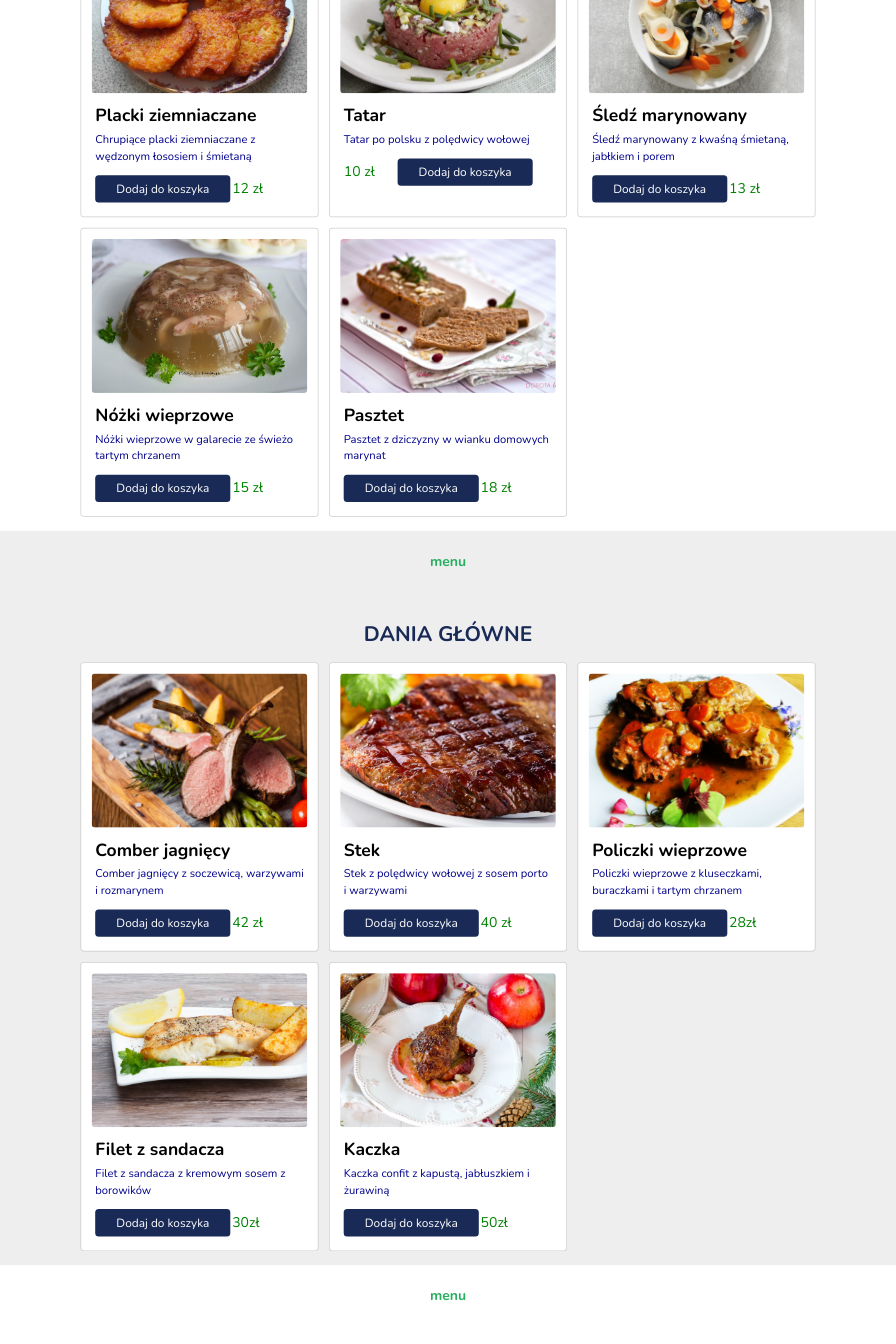
Repository: bartlomiejcichewicz/pasibrzuch
Page: index.html
These files come from the project's save history. The page is drawn as it stood at one moment and after the next save; the edit follows.
The browser window is 1280 px wide. The pictures show the part of the page from y = 906 to 2826 px (the page is 4166 px tall), at 70% of full size.

Above is the page before, as saved 2022-02-22 13:37:16.

After the next save:
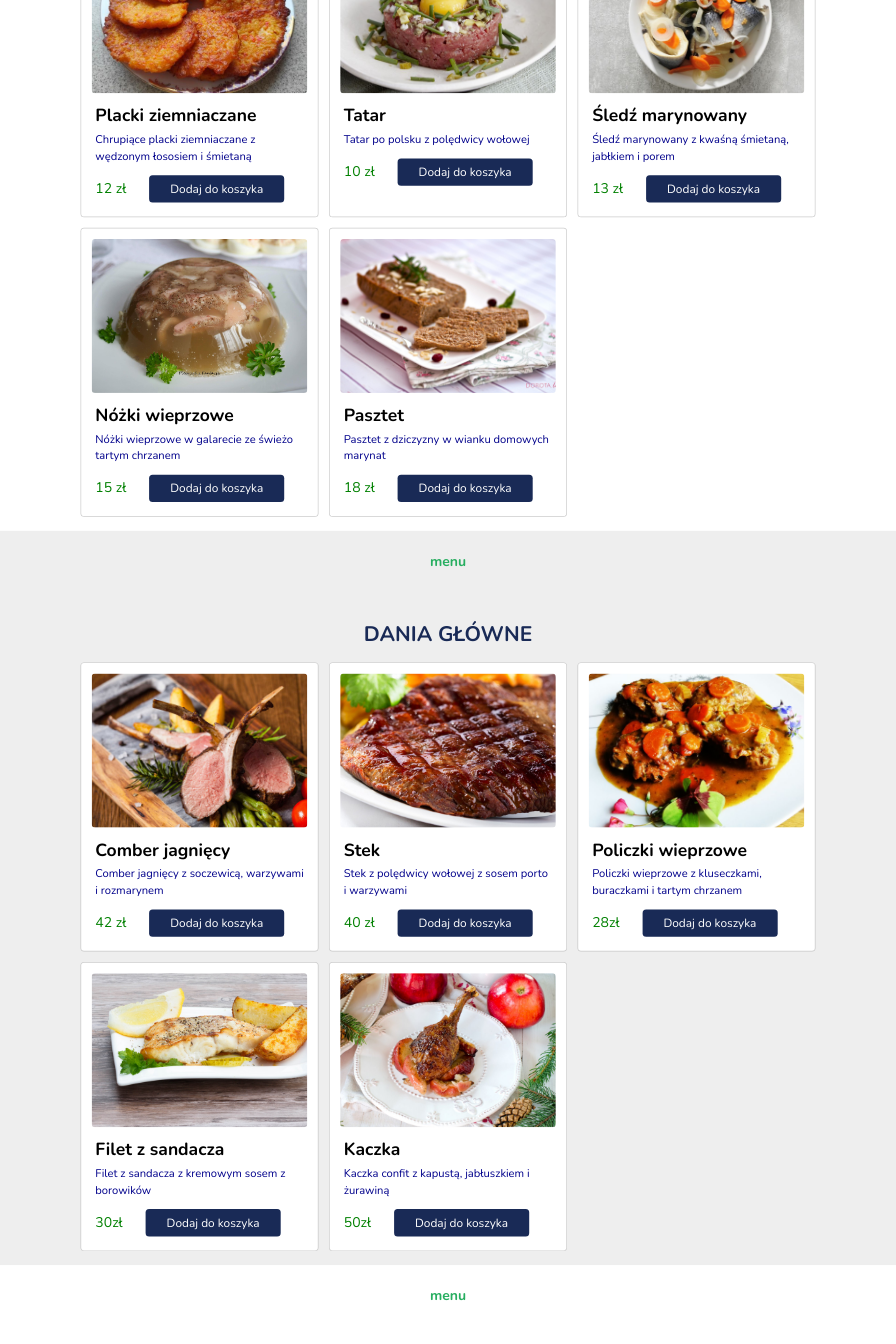
Saved 92 s later.
--- a/index.html
+++ b/index.html
@@ -81,8 +81,8 @@
             <div class="content">
                 <h3>Placki ziemniaczane</h3>
                 <p>Chrupiące placki ziemniaczane z wędzonym łososiem i śmietaną</p>
-                <a href="#" class="btn">Dodaj do koszyka</a>
                 <span class="price">12 zł</span>
+                <a href="#" class="btn">Dodaj do koszyka</a>
             </div>
         </div>
 
@@ -106,8 +106,8 @@
             <div class="content">
                 <h3>Śledź marynowany</h3>
                 <p>Śledź marynowany z kwaśną śmietaną, jabłkiem i porem</p>
-                <a href="#" class="btn">Dodaj do koszyka</a>
                 <span class="price">13 zł</span>
+                <a href="#" class="btn">Dodaj do koszyka</a>
             </div>
         </div>
 
@@ -118,8 +118,8 @@
             <div class="content">
                 <h3>Nóżki wieprzowe</h3>
                 <p>Nóżki wieprzowe w galarecie ze świeżo tartym chrzanem</p>
-                <a href="#" class="btn">Dodaj do koszyka</a>
                 <span class="price">15 zł</span>
+                <a href="#" class="btn">Dodaj do koszyka</a>
             </div>
         </div>
 
@@ -130,8 +130,8 @@
             <div class="content">
                 <h3>Pasztet</h3>
                 <p>Pasztet z dziczyzny w wianku domowych marynat</p>
-                <a href="#" class="btn">Dodaj do koszyka</a>
                 <span class="price">18 zł</span>
+                <a href="#" class="btn">Dodaj do koszyka</a>
             </div>
         </div>
 
@@ -153,8 +153,8 @@
             <div class="content">
                 <h3>Comber jagnięcy</h3>
                 <p>Comber jagnięcy z soczewicą, warzywami i rozmarynem</p>
-                <a href="#" class="btn">Dodaj do koszyka</a>
                 <span class="price">42 zł</span>
+                <a href="#" class="btn">Dodaj do koszyka</a>
             </div>
         </div>
 
@@ -165,8 +165,8 @@
             <div class="content">
                 <h3>Stek</h3>
                 <p>Stek z polędwicy wołowej z sosem porto i warzywami</p>
-                <a href="#" class="btn">Dodaj do koszyka</a>
                 <span class="price">40 zł</span>
+                <a href="#" class="btn">Dodaj do koszyka</a>
             </div>
         </div>
 
@@ -177,8 +177,8 @@
             <div class="content">
                 <h3>Policzki wieprzowe</h3>
                 <p>Policzki wieprzowe z kluseczkami, buraczkami i tartym chrzanem</p>
-                <a href="#" class="btn">Dodaj do koszyka</a>
                 <span class="price">28zł</span>
+                <a href="#" class="btn">Dodaj do koszyka</a>
             </div>
         </div>
 
@@ -189,8 +189,8 @@
             <div class="content">
                 <h3>Filet z sandacza</h3>
                 <p>Filet z sandacza z kremowym sosem z borowików</p>
-                <a href="#" class="btn">Dodaj do koszyka</a>
                 <span class="price">30zł</span>
+                <a href="#" class="btn">Dodaj do koszyka</a>
             </div>
         </div>
 
@@ -201,8 +201,8 @@
             <div class="content">
                 <h3>Kaczka</h3>
                 <p>Kaczka confit z kapustą, jabłuszkiem i żurawiną</p>
-                <a href="#" class="btn">Dodaj do koszyka</a>
                 <span class="price">50zł</span>
+                <a href="#" class="btn">Dodaj do koszyka</a>
             </div>
         </div>
 
@@ -224,8 +224,8 @@
             <div class="content">
                 <h3>koktail gejpfrutowo-jabłkowy</h3>
                 <p>grejpfrut, jabłko, imbir (200ml)</p>
-                <a href="#" class="btn">Dodaj do koszyka</a>
                 <span class="price">8 zł</span>
+                <a href="#" class="btn">Dodaj do koszyka</a>
             </div>
         </div>
 
@@ -236,8 +236,8 @@
             <div class="content">
                 <h3>koktail grejpfrutowo-truskawkowy</h3>
                 <p>truskawki, grejpfrut, mięta (200ml)</p>
-                <a href="#" class="btn">Dodaj do koszyka</a>
                 <span class="price">8 zł</span>
+                <a href="#" class="btn">Dodaj do koszyka</a>
             </div>
         </div>
 
@@ -248,8 +248,8 @@
             <div class="content">
                 <h3>Koktail jabłkowo-truskawkowy</h3>
                 <p>truskawki, jabłko, mięta (200ml)</p>
-                <a href="#" class="btn">Dodaj do koszyka</a>
                 <span class="price">8zł</span>
+                <a href="#" class="btn">Dodaj do koszyka</a>
             </div>
         </div>
 
@@ -260,8 +260,8 @@
             <div class="content">
                 <h3>Koktail bananowo-jabłkowy</h3>
                 <p>banan, jabłko, imbir (200ml)</p>
-                <a href="#" class="btn">Dodaj do koszyka</a>
                 <span class="price">10zł</span>
+                <a href="#" class="btn">Dodaj do koszyka</a>
             </div>
         </div>
 
@@ -272,8 +272,8 @@
             <div class="content">
                 <h3>Koktail jabłkowo-pomarańczowy</h3>
                 <p>jabłko, pomarańcza, imbir (200ml)</p>
-                <a href="#" class="btn">Dodaj do koszyka</a>
                 <span class="price">10zł</span>
+                <a href="#" class="btn">Dodaj do koszyka</a>
             </div>
         </div>
 
